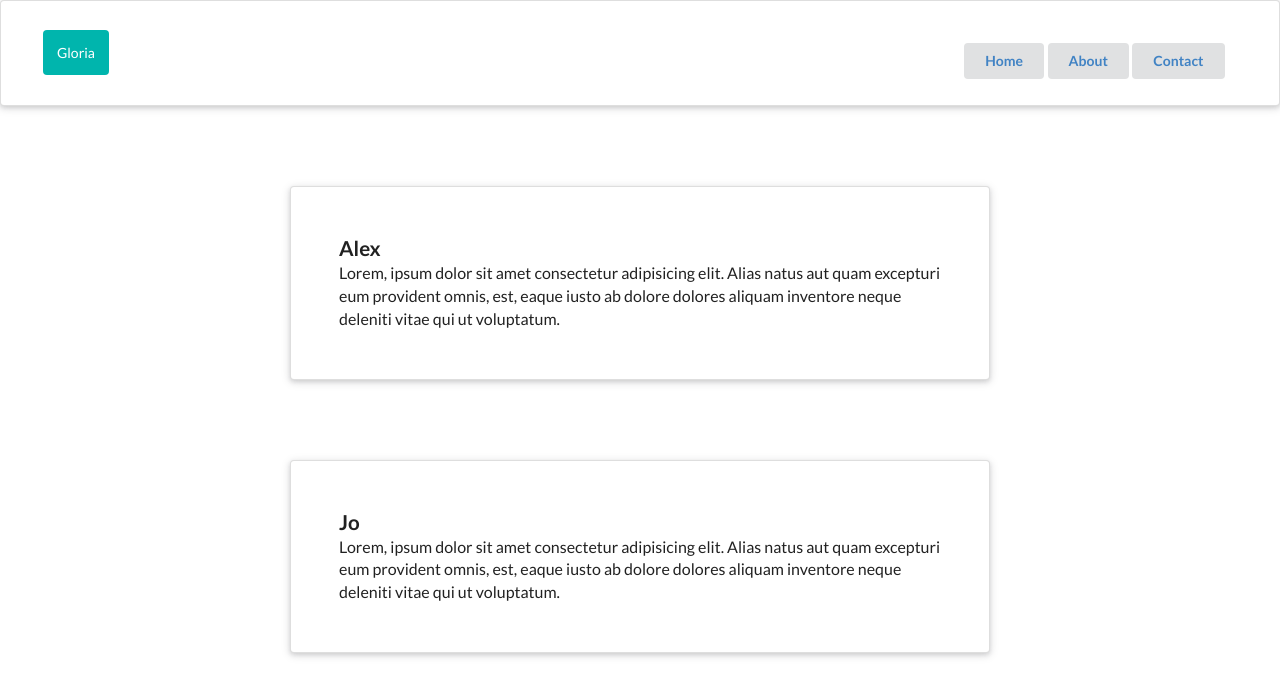
Repository: jodelajo/react-router-redux
Page: /Contact
The author's editor kept a copy of each file at every save. The page is drawn from the files as they stood at one save, then again after the next save.
The browser window is 1280 px wide. The pictures show the whole page.
The project was rebuilt for these pictures with package versions that can differ from the ones it lists, and the page was loaded fresh each time. Also part of the build but not shown: src/index.css, src/App.css, src/components/About.js, src/components/Home.js, src/components/Card.js.

Above is the page before, as saved 2021-10-14 16:34:54.

After the next save:
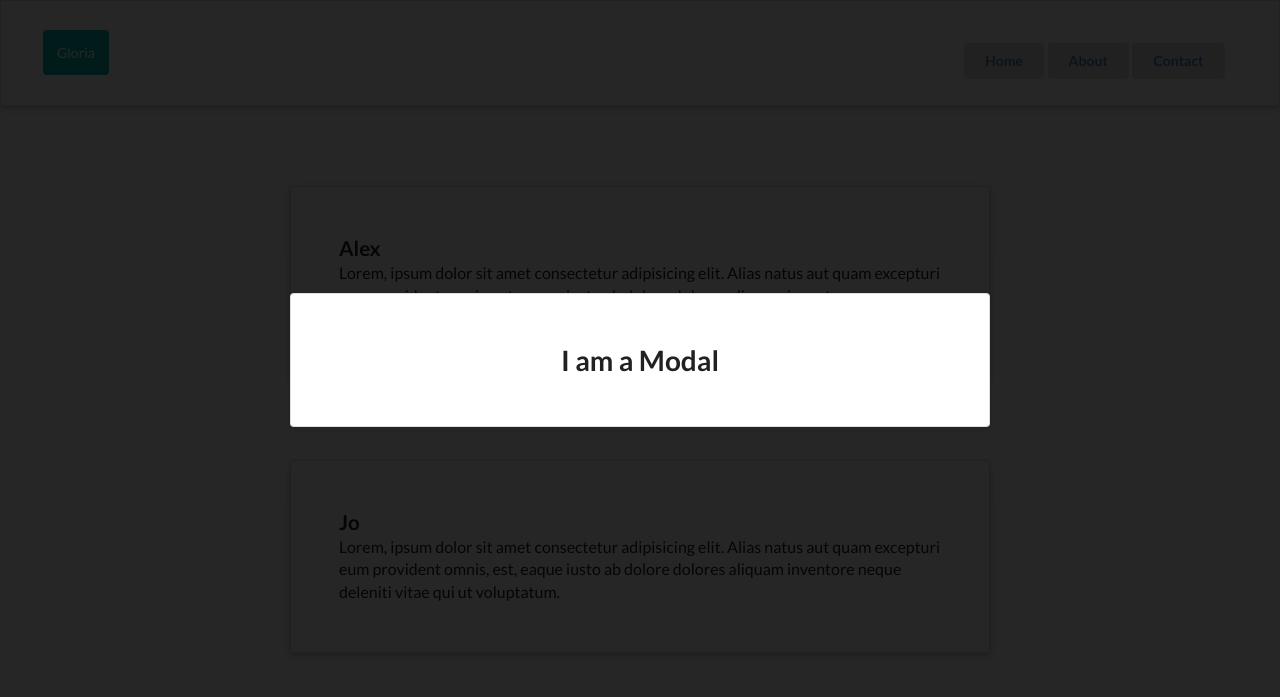
Saved 32 s later.
--- a/src/components/Contact.js
+++ b/src/components/Contact.js
@@ -1,11 +1,13 @@
 import React from "react";
 import { Link } from 'react-router-dom'
+import Modal from "./Modal";
 // import './App.css';
 
 function Contact(props) {
     console.log(props);
   return (
       <>
+      <Modal />
     <div
       className="ui raised very padded text container segment"
       style={{ marginTop: "80px" }}
